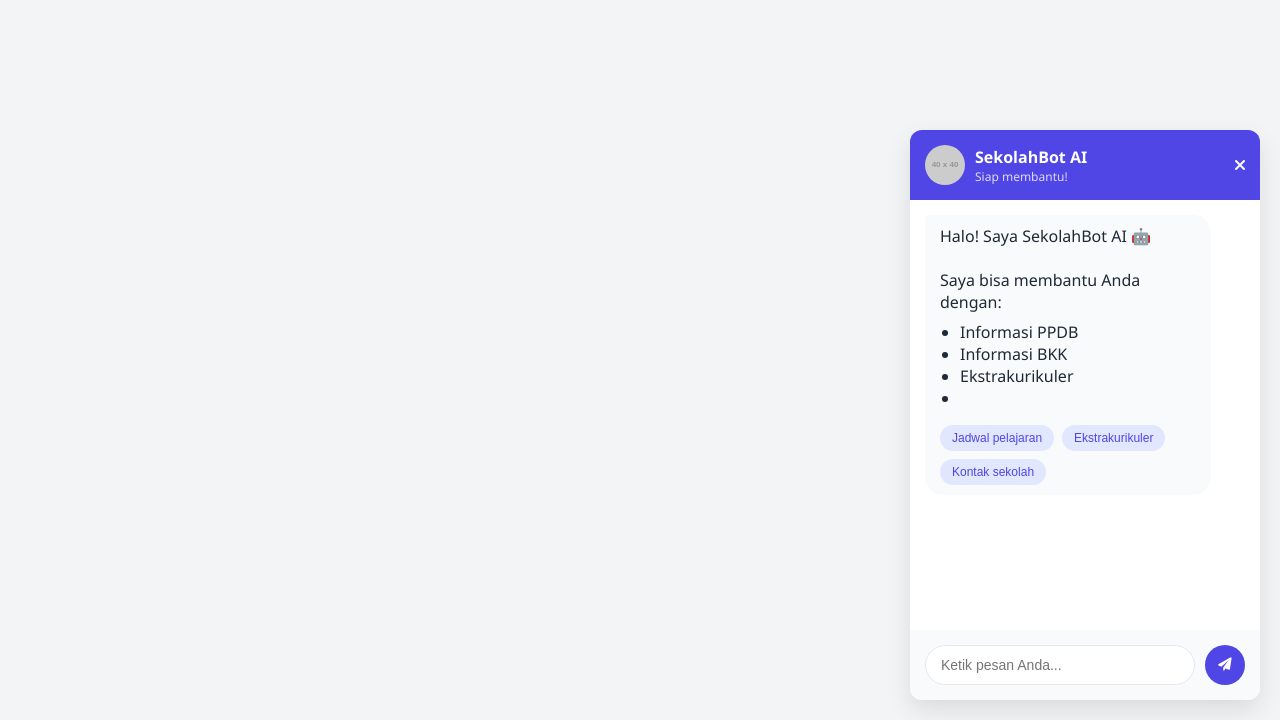
Repository: mufti-1448/Chat-Bot
Page: public/index.html
These files come from the project's save history. The page is drawn as it stood at one moment and after the next save; the edit follows.
The browser window is 1280 px wide. The pictures show the whole page.

Above is the page before, as saved 2025-08-21 08:48:48.

### public/index.html
<!DOCTYPE html>
<html lang="en">

<head>
    <meta charset="UTF-8">
    <meta name="viewport" content="width=device-width, initial-scale=1.0">
    <title>ROBO SA</title>
    <link rel="stylesheet" href="https://cdnjs.cloudflare.com/ajax/libs/font-awesome/6.0.0-beta3/css/all.min.css">
    <style>
        :root {
            --primary-color: #4f46e5;
            --secondary-color: #f9fafb;
            --text-color: #1f2937;
        }

        body {
            font-family: 'Segoe UI', Tahoma, Geneva, Verdana, sans-serif;
            margin: 0;
            padding: 0;
            background-color: #f3f4f6;
        }

        .chat-container {
            position: fixed;
            bottom: 20px;
            right: 20px;
            width: 350px;
            border-radius: 12px;
            overflow: hidden;
            box-shadow: 0 10px 25px rgba(0, 0, 0, 0.1);
            transform: translateY(20px);
            opacity: 0;
            transition: all 0.3s ease;
            z-index: 1000;
        }

        .chat-container.active {
            transform: translateY(0);
            opacity: 1;
        }

        .chat-header {
            background-color: var(--primary-color);
            color: white;
            padding: 15px;
            display: flex;
            justify-content: space-between;
            align-items: center;
            cursor: pointer;
        }

        .chat-body {
            background-color: white;
            height: 400px;
            overflow-y: auto;
            padding: 15px;
            display: flex;
            flex-direction: column;
            gap: 12px;
        }

        .chat-footer {
            background-color: var(--secondary-color);
            padding: 15px;
            display: flex;
            gap: 10px;
        }

        .chat-input {
            flex: 1;
            padding: 10px 15px;
            border: 1px solid #e5e7eb;
            border-radius: 20px;
            outline: none;
            font-size: 14px;
        }

        .send-btn {
            background-color: var(--primary-color);
            color: white;
            border: none;
            width: 40px;
            height: 40px;
            border-radius: 50%;
            cursor: pointer;
            display: flex;
            justify-content: center;
            align-items: center;
        }

        .message {
            max-width: 80%;
            padding: 10px 15px;
            border-radius: 18px;
            position: relative;
            animation: fadeIn 0.3s ease-out;
        }

        .user-message {
            align-self: flex-end;
            background-color: var(--primary-color);
            color: white;
            border-top-right-radius: 4px;
        }

        .bot-message {
            align-self: flex-start;
            background-color: var(--secondary-color);
            color: var(--text-color);
            border-top-left-radius: 4px;
        }

        .quick-replies {
            display: flex;
            flex-wrap: wrap;
            gap: 8px;
            margin-top: 8px;
        }

        .quick-reply-btn {
            background-color: #e0e7ff;
            color: var(--primary-color);
            border: none;
            padding: 6px 12px;
            border-radius: 16px;
            font-size: 12px;
            cursor: pointer;
            transition: background-color 0.2s;
        }

        .quick-reply-btn:hover {
            background-color: #c7d2fe;
        }

        .typing-indicator {
            display: flex;
            gap: 4px;
            padding: 10px 15px;
            background-color: var(--secondary-color);
            border-radius: 18px;
            align-self: flex-start;
        }

        .typing-dot {
            width: 8px;
            height: 8px;
            background-color: var(--primary-color);
            border-radius: 50%;
            opacity: 0.6;
        }

        .chat-toggle {
            position: fixed;
            bottom: 30px;
            right: 30px;
            background-color: var(--primary-color);
            color: white;
            width: 60px;
            height: 60px;
            border-radius: 50%;
            display: flex;
            justify-content: center;
            align-items: center;
            cursor: pointer;
            box-shadow: 0 4px 12px rgba(0, 0, 0, 0.15);
            z-index: 999;
        }

        @keyframes fadeIn {
            from {
                opacity: 0;
                transform: translateY(10px);
            }

            to {
                opacity: 1;
                transform: translateY(0);
            }
        }

        @keyframes dotPulse {

            0%,
            100% {
                transform: translateY(0);
                opacity: 0.6;
            }

            50% {
                transform: translateY(-4px);
                opacity: 1;
            }
        }
    </style>
</head>

<body>
    <div class="chat-toggle" id="chatToggle">
        <i class="fas fa-comment-dots" style="font-size: 24px;"></i>
    </div>

    <div class="chat-container" id="chatContainer">
        <div class="chat-header" id="chatHeader">
            <div style="display: flex; align-items: center; gap: 10px;">
                <img src="https://placehold.co/40x40" alt="ROBO SA"
                    style="width: 40px; height: 40px; border-radius: 50%;">
                <div>
                    <div style="font-weight: 600;">SekolahBot AI</div>
                    <div style="font-size: 12px; opacity: 0.8;">Siap membantu!</div>
                </div>
            </div>
            <i class="fas fa-times" id="closeChat" style="cursor: pointer;"></i>
        </div>

        <div class="chat-body" id="chatBody">
            <!-- Initial message -->
            <div class="message bot-message">
                Halo! Saya SekolahBot AI 🤖<br><br>
                Saya bisa membantu Anda dengan:
                <ul style="margin-top: 8px; padding-left: 20px;">
                    <li>Informasi PPDB</li>
                    <li>Informasi BKK</li>
                    <li>Ekstrakurikuler</li>
                    <li></li>
                </ul>
                <div class="quick-replies">
                    <button class="quick-reply-btn">Jadwal pelajaran</button>
                    <button class="quick-reply-btn">Ekstrakurikuler</button>
                    <button class="quick-reply-btn">Kontak sekolah</button>
                </div>
            </div>
        </div>

        <div class="chat-footer">
            <input type="text" class="chat-input" id="userInput" placeholder="Ketik pesan Anda...">
            <button class="send-btn" id="sendButton">
                <i class="fas fa-paper-plane"></i>
            </button>
        </div>
    </div>

    <script>
        // Enhanced Knowledge Base
        const knowledgeBase = {
            // Greetings
            greetings: {
                patterns: ["halo", "hai", "hello", "hi", "selamat pagi", "selamat siang", "selamat sore"],
                responses: [
                    "Halo! Ada yang bisa saya bantu hari ini?",
                    "Hai! Bagaimana kabar Anda? Ada yang bisa saya bantu?",
                    "Selamat datang! Ada pertanyaan tentang sekolah kami?"
                ]
            },

            // School information
            school_info: {
                patterns: ["informasi sekolah", "tentang sekolah", "profil sekolah", "sejarah sekolah"],
                responses: [
                    "Sekolah kami adalah SMP Negeri 1 Pintar yang berdiri sejak 1990. Kami memiliki visi 'Membentuk generasi cerdas dan berkarakter'.",
                    "Sekolah kami memiliki fasilitas lengkap termasuk perpustakaan, laboratorium, dan lapangan olahraga.",
                    "Berikut profil singkat sekolah kami:\n- Jenjang: SMP\n- Akreditasi: A\n- Jumlah siswa: 800+\n- Program unggulan: Sains dan Teknologi"
                ]
            },

            // Schedule
            schedule: {
                patterns: ["jadwal", "jadwal pelajaran", "pelajaran hari ini", "mapel hari ini"],
                responses: [
                    "Berikut jadwal pelajaran hari ini:\n\nKelas 7:\n- 07:30 Matematika\n- 09:00 Bahasa Indonesia\n- 10:30 IPA\n\nKelas 8:\n- 07:30 Bahasa Inggris\n- 09:00 IPS\n- 10:30 Seni Budaya",
                    "Jadwal pelajaran hari ini:\n1. Matematika\n2. Bahasa Indonesia\n3. IPA\n4. PJOK",
                    "Untuk jadwal pelajaran, bisa lebih spesifik kelas berapa yang anda tanyakan?"
                ],
                followUp: {
                    "kelas 7": "Jadwal kelas 7 hari ini:\n1. Matematika (Pak Budi)\n2. Bahasa Indonesia (Ibu Ani)\n3. IPA (Ibu Citra)\n4. PJOK (Pak Ari)",
                    "kelas 8": "Jadwal kelas 8 hari ini:\n1. Bahasa Inggris (Ibu Dewi)\n2. IPS (Pak Eko)\n3. Seni Budaya (Ibu Fitri)\n4. Prakarya (Pak Gani)",
                    "matematika": "Guru matematika hari ini adalah Pak Budi di ruang 201 untuk kelas 7 dan Pak Dedi di ruang 302 untuk kelas 8."
                }
            },

            // Extracurricular
            extracurricular: {
                patterns: ["ekstrakurikuler", "ekskul", "kegiatan luar sekolah"],
                responses: [
                    "Ekstrakurikuler yang tersedia:\n1. Pramuka\n2. Futsal\n3. Robotik\n4. Teater\n5. KIR\n6. Paduan Suara",
                    "Kami memiliki banyak kegiatan ekstrakurikuler. Yang paling populer adalah Robotik dan Futsal."
                ],
                followUp: {
                    "pramuka": "Ekstrakurikuler pramuka dilaksanakan setiap Sabtu pagi. Pembina: Pak Hari",
                    "futsal": "Futsal hari Selasa dan Kamis sore. Pelatih: Pak Arif",
                    "robotik": "Robotik setiap Rabu pukul 14.00-16.00 di lab komputer 2. Pembimbing: Ibu Lina"
                }
            },

            // Contact
            contact: {
                patterns: ["kontak", "kontak sekolah", "nomor telepon", "alamat sekolah"],
                responses: [
                    "Kontak sekolah kami:\n📞 021-1234567\n📧 info@smpn1pintar.sch.id\n📍 Jl. Pendidikan No. 123, Jakarta Pusat",
                    "Anda bisa menghubungi kami melalui:\n- Telepon: (021) 1234567\n- Email: info@smpn1pintar.sch.id"
                ]
            },

            // Thanks
            thanks: {
                patterns: ["terima kasih", "thanks", "makasih"],
                responses: [
                    "Sama-sama! Senang bisa membantu.",
                    "Terima kasih kembali. Jika ada pertanyaan lain, saya siap membantu!",
                    "Saya senang bisa membantu. Jangan ragu bertanya lagi ya!"
                ]
            }
        };

        // Chat functionality
        document.addEventListener('DOMContentLoaded', function () {
            const chatToggle = document.getElementById('chatToggle');
            const chatContainer = document.getElementById('chatContainer');
            const closeChat = document.getElementById('closeChat');
            const chatHeader = document.getElementById('chatHeader');
            const chatBody = document.getElementById('chatBody');
            const userInput = document.getElementById('userInput');
            const sendButton = document.getElementById('sendButton');

            // Show chat container
            setTimeout(() => {
                chatContainer.classList.add('active');
            }, 1000);

            // Toggle chat
            chatToggle.addEventListener('click', () => {
                chatContainer.classList.toggle('active');
            });

            // Close chat
            closeChat.addEventListener('click', (e) => {
                e.stopPropagation();
                chatContainer.classList.remove('active');
            });

            // Header click also toggles
            chatHeader.addEventListener('click', () => {
                chatContainer.classList.toggle('active');
            });

            // Send message function
            function sendMessage() {
                const message = userInput.value.trim();
                if (!message) return;

                // Add user message to chat
                addMessage(message, 'user');
                userInput.value = '';

                // Show typing indicator
                showTypingIndicator();

                // Process after delay to simulate thinking
                setTimeout(() => {
                    const response = getBotResponse(message);
                    addMessage(response.message, 'bot', response.quickReplies);

                    // Auto-scroll to bottom
                    chatBody.scrollTop = chatBody.scrollHeight;
                }, 1000 + Math.random() * 1500);
            }

            // Add message to chat
            function addMessage(text, sender, quickReplies = null) {
                // Remove typing indicator if present
                const existingTyping = chatBody.querySelector('.typing-indicator');
                if (existingTyping) {
                    chatBody.removeChild(existingTyping);
                }

                const messageDiv = document.createElement('div');
                messageDiv.className = `message ${sender}-message`;
                messageDiv.innerHTML = text.replace(/\n/g, '<br>');

                // Add quick replies if provided
                if (quickReplies) {
                    const quickRepliesDiv = document.createElement('div');
                    quickRepliesDiv.className = 'quick-replies';

                    quickReplies.forEach(reply => {
                        const btn = document.createElement('button');
                        btn.className = 'quick-reply-btn';
                        btn.textContent = reply;
                        btn.addEventListener('click', () => {
                            addMessage(reply, 'user');
                            showTypingIndicator();

                            setTimeout(() => {
                                const response = getBotResponse(reply);
                                addMessage(response.message, 'bot', response
                                    .quickReplies);
                                chatBody.scrollTop = chatBody.scrollHeight;
                            }, 800);
                        });

                        quickRepliesDiv.appendChild(btn);
                    });

                    messageDiv.appendChild(quickRepliesDiv);
                }

                chatBody.appendChild(messageDiv);
                chatBody.scrollTop = chatBody.scrollHeight;
            }

            // Show typing indicator
            function showTypingIndicator() {
                const typingDiv = document.createElement('div');
                typingDiv.className = 'typing-indicator';

                for (let i = 0; i < 3; i++) {
                    const dot = document.createElement('div');
                    dot.className = 'typing-dot';
                    dot.style.animation = `dotPulse 1s infinite ${i * 0.2}s`;
                    typingDiv.appendChild(dot);
                }

                chatBody.appendChild(typingDiv);
                chatBody.scrollTop = chatBody.scrollHeight;
            }

            // Get bot response with simple NLP
            function getBotResponse(userMessage) {
                const lowerMsg = userMessage.toLowerCase();
                let response = {
                    message: "",
                    quickReplies: []
                };

                // Check for matching intents
                for (const [intent, data] of Object.entries(knowledgeBase)) {
                    for (const pattern of data.patterns) {
                        if (lowerMsg.includes(pattern.toLowerCase())) {
                            // Check for follow-up questions
                            if (data.followUp) {
                                for (const [keyword, followUpResp] of Object.entries(data.followUp)) {
                                    if (lowerMsg.includes(keyword)) {
                                        response.message = followUpResp;
                                        return response;
                                    }
                                }
                            }

                            // Get random response from the intent
                            const randomIndex = Math.floor(Math.random() * data.responses.length);
                            response.message = data.responses[randomIndex];

                            // Add relevant quick replies
                            if (intent === 'schedule') {
                                response.quickReplies = ['kelas 7', 'kelas 8', 'matematika'];
                            } else if (intent === 'extracurricular') {
                                response.quickReplies = ['pramuka', 'futsal', 'robotik'];
                            }

                            return response;
                        }
                    }
                }

                // Fallback response if no intent matched
                response.message = "Maaf, saya belum memahami pertanyaan Anda. " +
                    "Anda bisa bertanya tentang:\n" +
                    "- Informasi sekolah\n" +
                    "- Jadwal pelajaran\n" +
                    "- Ekstrakurikuler\n" +
                    "- Kontak sekolah";

                response.quickReplies = ['Informasi sekolah', 'Jadwal hari ini', 'Ekstrakurikuler'];

                return response;
            }

            // Event listeners
            sendButton.addEventListener('click', sendMessage);
            userInput.addEventListener('keypress', (e) => {
                if (e.key === 'Enter') sendMessage();
            });

            // Quick reply buttons in initial message
            document.querySelectorAll('.quick-reply-btn').forEach(btn => {
                btn.addEventListener('click', function () {
                    const text = this.textContent;
                    addMessage(text, 'user');
                    showTypingIndicator();

                    setTimeout(() => {
                        const response = getBotResponse(text);
                        addMessage(response.message, 'bot', response.quickReplies);
                        chatBody.scrollTop = chatBody.scrollHeight;
                    }, 800);
                });
            });
        });
    </script>
</body>

</html>

After the next save:
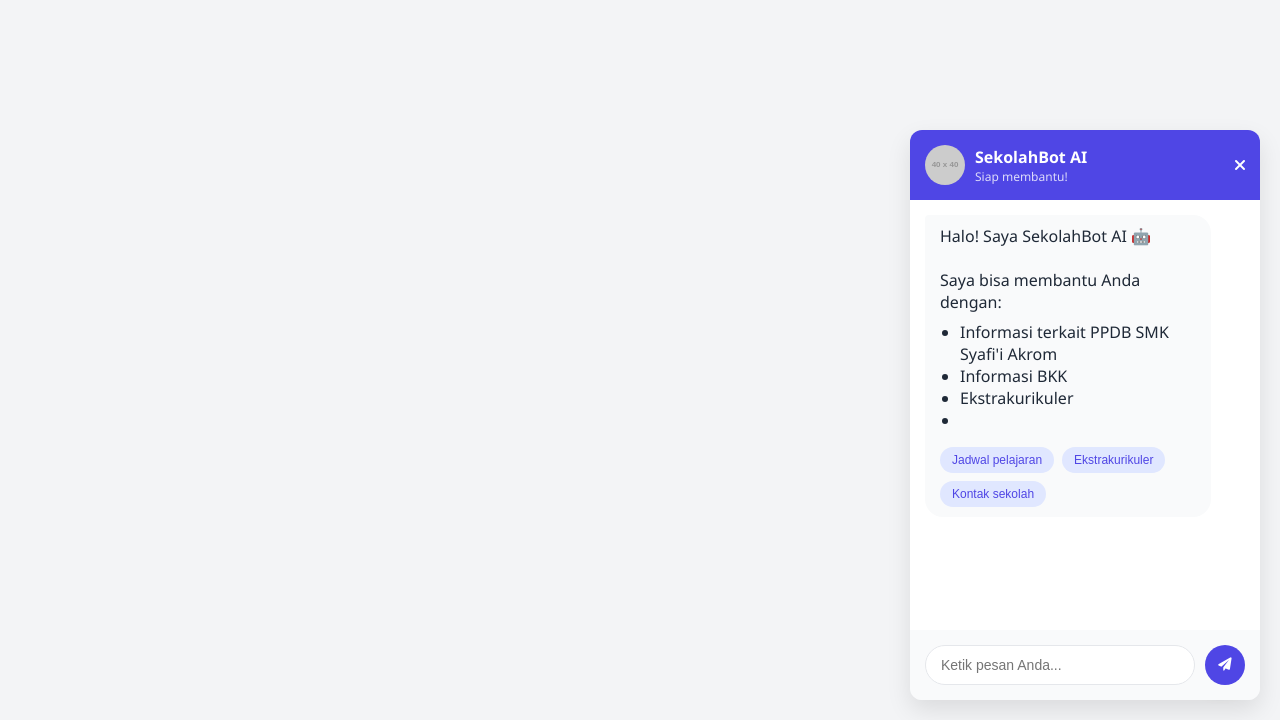
Saved 39 s later.
--- a/public/index.html
+++ b/public/index.html
@@ -218,7 +218,7 @@
                 Halo! Saya SekolahBot AI 🤖<br><br>
                 Saya bisa membantu Anda dengan:
                 <ul style="margin-top: 8px; padding-left: 20px;">
-                    <li>Informasi PPDB</li>
+                    <li>Informasi terkait PPDB SMK Syafi'i Akrom</li>
                     <li>Informasi BKK</li>
                     <li>Ekstrakurikuler</li>
                     <li></li>
